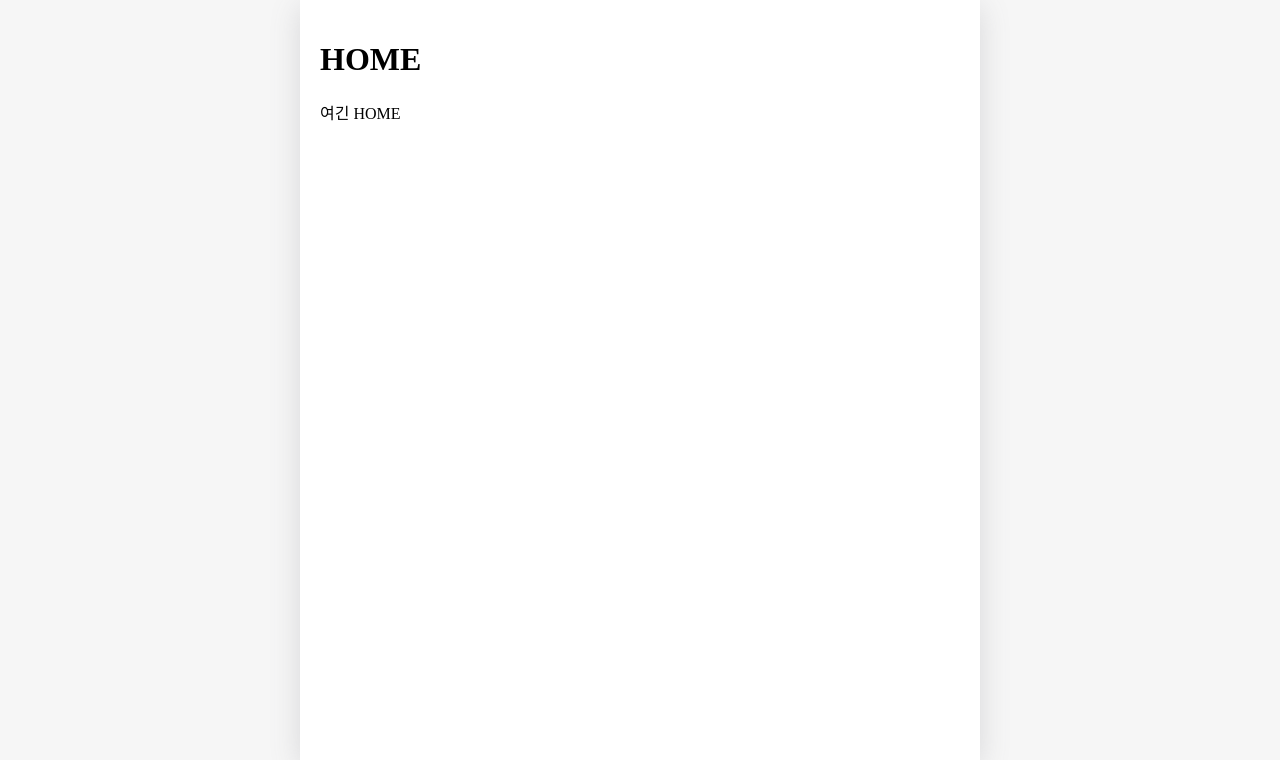
Repository: shinyoungjei/ReactStudy
Page: /
An editor plug-in stored every save of this project. The page is shown before and after the next save, followed by the edit.
The browser window is 1280 px wide. The pictures show the whole page.
Some web fonts or font styles are not loaded; a fallback is used. The project was rebuilt for these pictures with package versions that can differ from the ones it lists, and the page was loaded fresh each time. Also part of the build but not shown: src/pages/Diary.js, src/pages/Edit.js, src/pages/New.js.

Above is the page before, as saved 2022-07-16 02:14:06.

### src/App.js
import React, { useReducer, useRef } from "react";

import "./App.css";
import { BrowserRouter, Routes, Route } from "react-router-dom";

import Diary from "./pages/Diary";
import Edit from "./pages/Edit";
import Home from "./pages/Home";
import New from "./pages/New";

const reducer = (state, action) => {
  let newState = [];

  switch (action.type) {
    case "INIT": {
      return action.data;
    }

    case "CREATE": {
      newState = [action.data, ...state];
      break;
    }

    case "REMOVE": {
      newState = state.filter(it => it.id !== action.targetId);
    }

    case "EDIT": {
      newState = state.map(it =>
        it.id === action.data.id ? { ...action.data } : it
      );
    }

    default:
      return state;
  }
  return newState;
};

export const DiaryStateContext = React.createContext();
export const DiaryDispatchContext = React.createContext();

function App() {
  const [data, dispatch] = useReducer(reducer, []);

  const dataId = useRef(0);
  //CREATE
  const onCreate = (date, content, emotion) => {
    dispatch({
      type: "CREATE",
      data: {
        id: dataId.current,
        date: new Date(date).getTime(),
        content,
        emotion,
      },
    });
    dataId.current += 1;
  };
  //REMOVE
  const onRemove = targetId => {
    dispatch({
      type: "REMOVE",
      targetId,
    });
  };
  //EDIT
  const onEdit = (targetId, date, content, emotion) => {
    dispatch({
      type: "EDIT",
      data: {
        id: targetId,
        date: new Date(date).getTime(),
        content,
        emotion,
      },
    });
  };

  return (
    <DiaryStateContext.Provider value={data}>
      <DiaryDispatchContext.Provider
        value={{
          onCreate,
          onRemove,
          onEdit,
        }}
      >
        <BrowserRouter>
          <div className="App">
            <Routes>
              <Route path="/" element={<Home />} />
              <Route path="/new" element={<New />} />
              <Route path="/diary/:id" element={<Diary />} />
              <Route path="/edit" element={<Edit />} />
            </Routes>
          </div>
        </BrowserRouter>
      </DiaryDispatchContext.Provider>
    </DiaryStateContext.Provider>
  );
}

export default App;

### src/App.css
@import url("https://fonts.googleapis.com/css2?family=Nanum+Pen+Script&family=Yeon+Sung&display=swap");

.App {
  padding: 20px;

  font-family: "Nanum Pen Script", cursive;
  font-family: "Yeon Sung", cursive;
}

body {
  background-color: #f6f6f6;
  display: flex;
  justify-content: center;
  align-items: center;
  font-family: "Nanum Pen Script";
  min-height: 100vh;
  margin: 0px;
}

@media (min-width: 650px) {
  .App {
    width: 640px;
  }
}

@media (max-width: 650px) {
  .App {
    width: 90vh;
  }
}

#root {
  background-color: white;
  box-shadow: rgba(100, 100, 111, 0.2) 0px 7px 29px 0px;
}

.App {
  min-height: 100vh;
  padding-left: 20px;
  padding-right: 20px;
}

/* My Button */
.MyButton {
  background-color: #92c9fc;

  cursor: pointer;
  border: none;
  border-radius: 5px;

  margin-top: 20px;

  padding-top: 10px;
  padding-bottom: 10px;
  padding-left: 20px;
  padding-right: 20px;

  font-size: 18px;

  white-space: nowrap;
  font-family: "Nanum Pen Script";
}

.MyButton_default {
  background-color: #ececec;
  color: black;
}

.MyButton_positive {
  background-color: #64c964;
  color: white;
}
.MyButton_negative {
  background-color: #fd565f;
  color: white;
}

/* HEADER */

header {
  padding-top: 20px;
  padding-bottom: 20px;

  display: flex;
  align-items: center;
  border-bottom: 1px solid #e2e2e2;
}

header > div {
  display: flex;
}

header .head_text {
  width: 50%;
  font-size: 25px;
  justify-content: center;
}

header .head_btn_left {
  width: 25%;
  justify-content: start;
}

header .head_btn_right {
  width: 25%;
  justify-content: end;
}

header button {
  font-family: "Nanum Pen Script";
}

### src/pages/Home.js
const Home = () => {
  return (
    <div>
      <h1>HOME</h1>
      <p>여긴 HOME</p>
    </div>
  );
};

export default Home;

Loaded but not shown: public/index.html (common file); src/index.js (common file); src/index.css (common file)

After the next save:
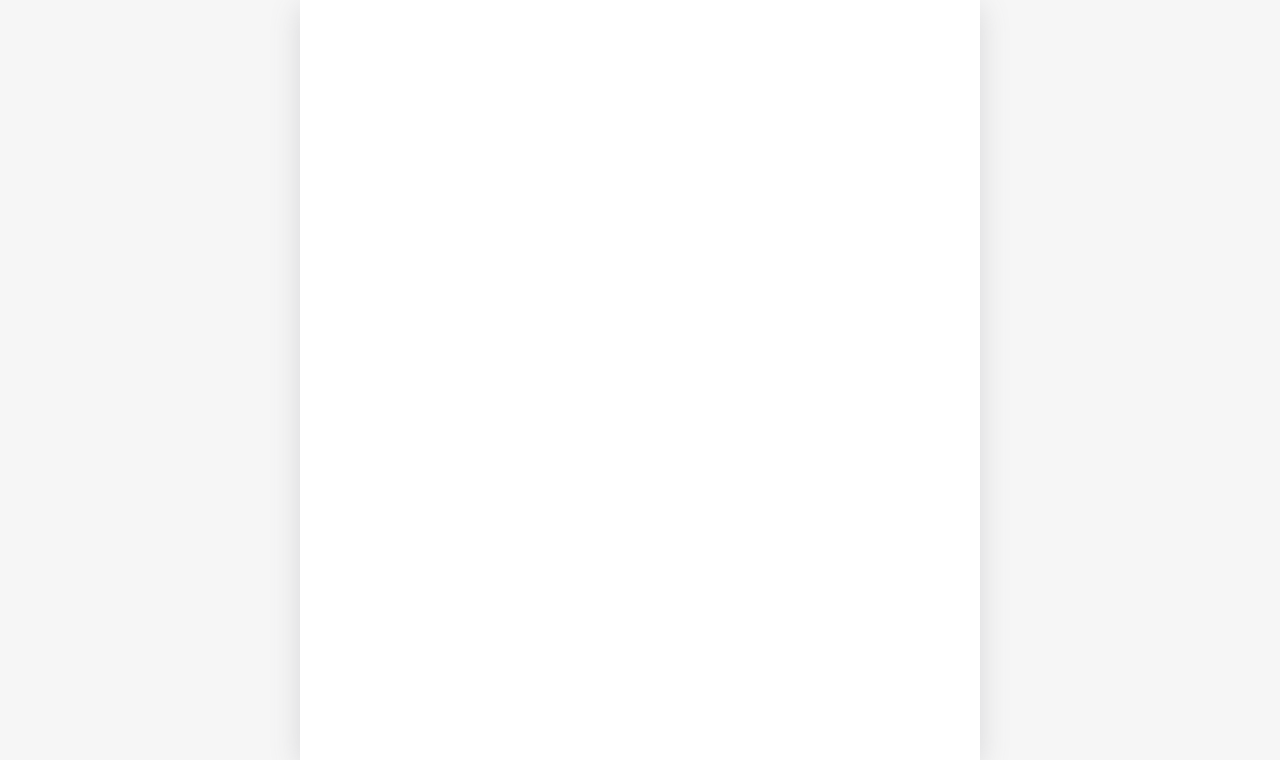
Saved 4 days later.
--- a/src/pages/Home.js
+++ b/src/pages/Home.js
@@ -1,10 +1,9 @@
+import { useState } from "react";
+
 const Home = () => {
-  return (
-    <div>
-      <h1>HOME</h1>
-      <p>여긴 HOME</p>
-    </div>
-  );
+  // 날짜를 저장할 State
+  const [curDate, setCurDate] = useState(new Date());
+  return <div></div>;
 };
 
 export default Home;
